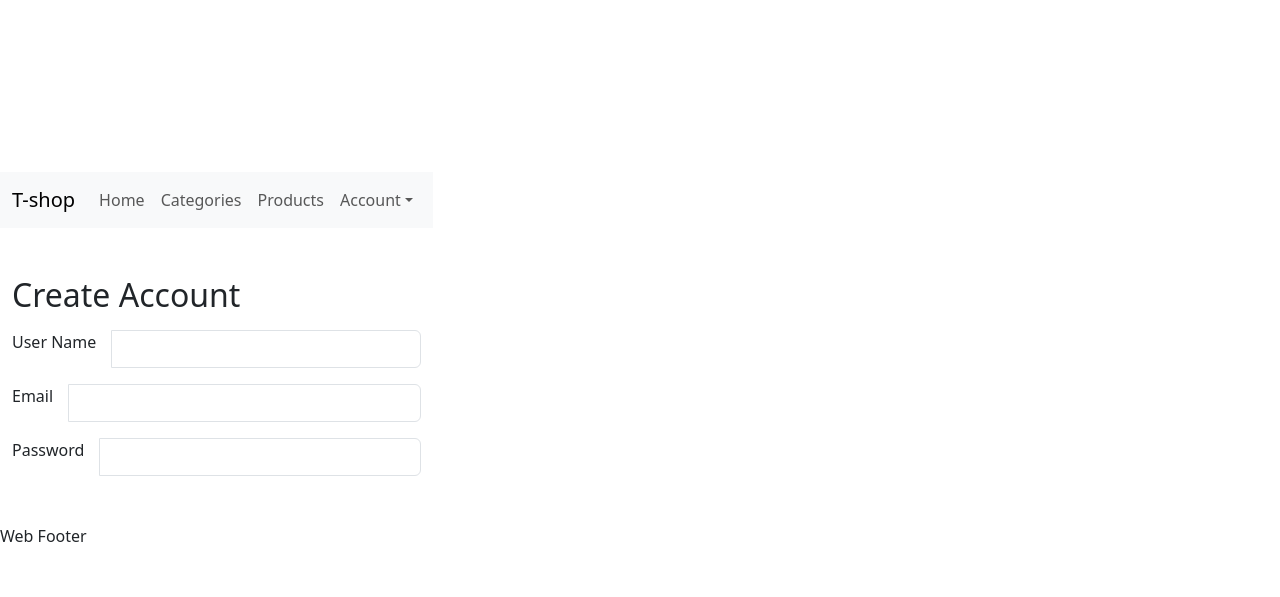
Repository: HadelAbdellatif/ecommerce1
Page: /register
These files come from the project's save history. The page is drawn as it stood at one moment and after a run of saves; the edit follows.
The browser window is 1280 px wide. The pictures show the whole page.
The project was rebuilt for these pictures with package versions that can differ from the ones it lists, and the page was loaded fresh each time. Also part of the build but not shown: vite.config.js, src/components/web/home/Home.jsx, src/components/web/categories/Categories.jsx, src/components/dashboard/navbar/Navbar.jsx, src/components/dashboard/footer/Footer.jsx, src/layouts/DashboardLayout.jsx, src/components/dashboard/home/Home.jsx, src/components/dashboard/categories/Categories.jsx.

Above is the page before, as saved 2023-11-20 20:32:23.

After the next 8 saves:
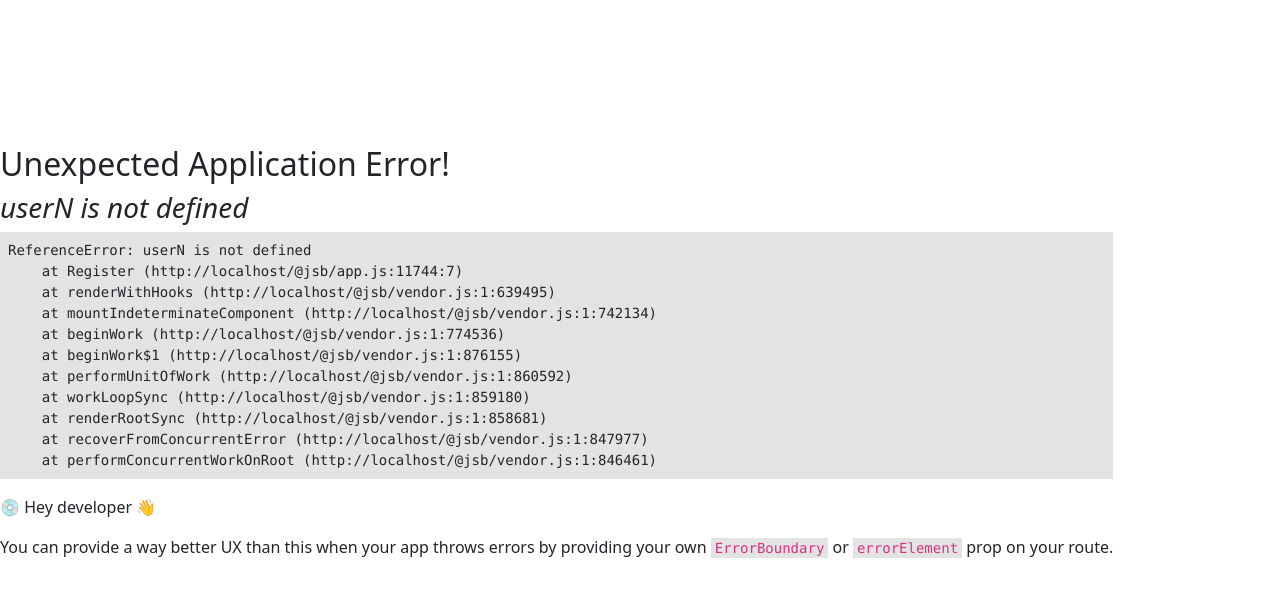
Console error: ReferenceError: userN is not defined
The 8 saves are shown as one change because 3 did not build or start and some came seconds apart.
The last was saved 73 s later.
--- a/src/components/web/register/Register.jsx
+++ b/src/components/web/register/Register.jsx
@@ -26,7 +26,11 @@ export default function Register() {
         },
     ];
 
-    const formic = useFormik
+    const formic = useFormik({
+        initialValues: {
+            userN
+        }
+    })
 
     const renderInputs = inputs.map((input, index) =>
         <Input type={input.type} id={input.id} name={input.name} title={input.title} key={index} />
